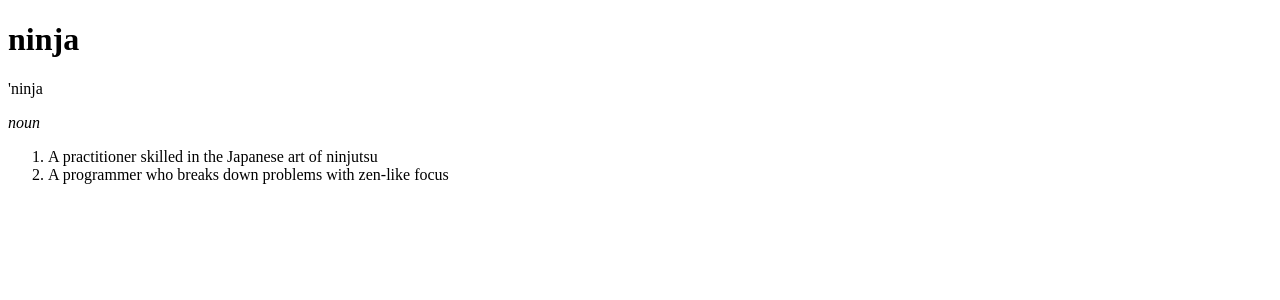
Repository: ahmedabuhabel/Axsos
Page: html/first week/dictionary_entry.html
An editor plug-in stored every save of this project. The page is shown before and after the next save, followed by the edit.
The browser window is 1280 px wide. The pictures show the whole page.

Above is the page before, as saved 2026-02-06 17:52:25.

### html/first week/dictionary_entry.html
<!DOCTYPE html>
<html>
    <head>
      <title>Dictionary Entry</title>
    </head>
    <body>
        <h1>ninja</h1>
        <p>'ninja</p>
        <em>noun</em>
        <ol>
            <li>A practitioner skilled in the Japanese art of ninjutsu</li>
            <li>A programmer who breaks down problems with zen-like focus</li>
        </ol>
    </body>
</html>

After the next save:
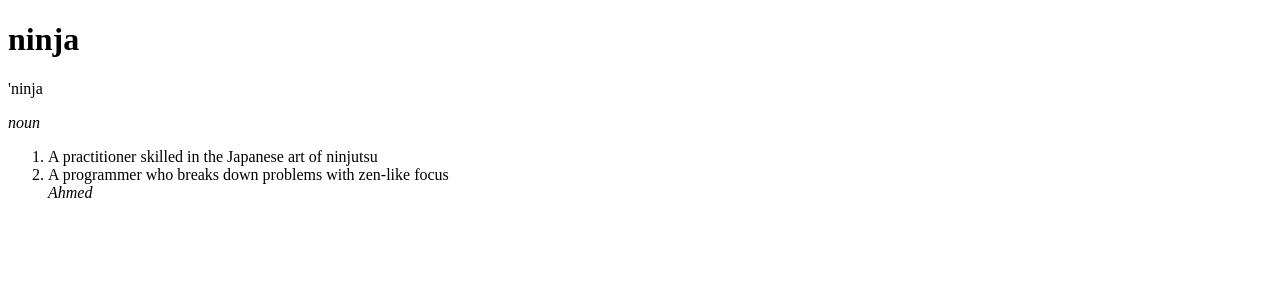
Saved 2 days later.
--- a/html/first week/dictionary_entry.html
+++ b/html/first week/dictionary_entry.html
@@ -10,6 +10,7 @@
         <ol>
             <li>A practitioner skilled in the Japanese art of ninjutsu</li>
             <li>A programmer who breaks down problems with zen-like focus</li>
+            <em>Ahmed</em>
         </ol>
     </body>
 </html>
